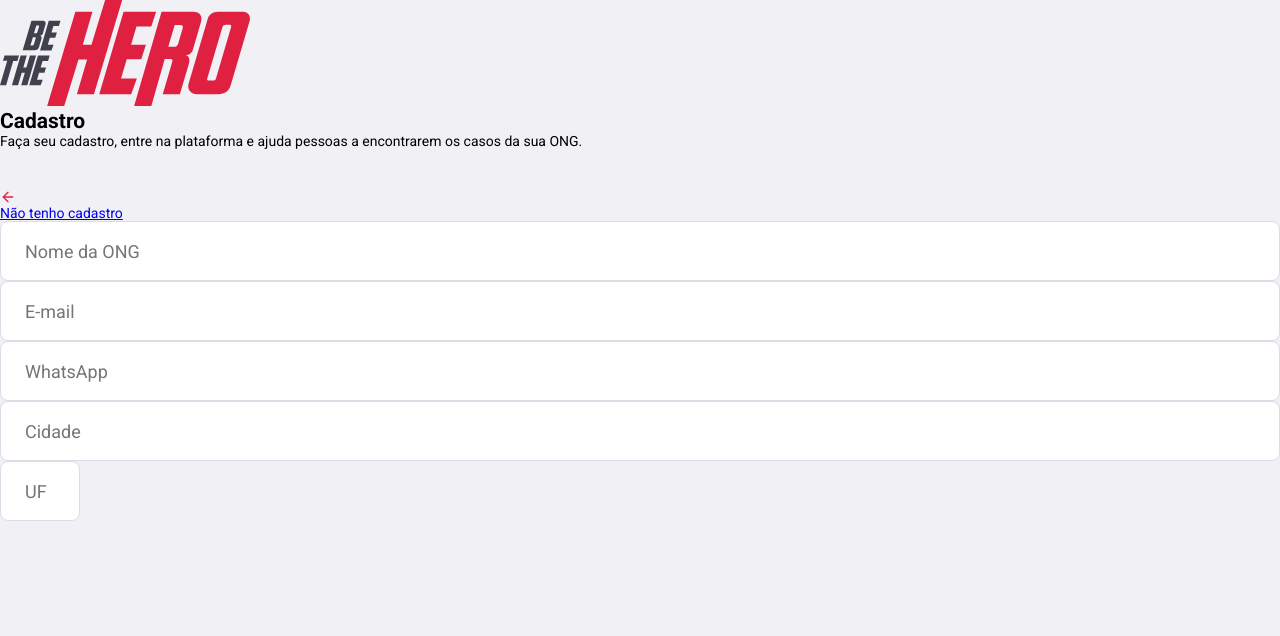
Repository: pedroevangelista/be-the-hero
Page: /register (app in frontend/)
These files come from the project's save history. The page is drawn as it stood at one moment and after the next save; the edit follows.
The browser window is 1280 px wide. The pictures show the whole page.
The project was rebuilt for these pictures with package versions that can differ from the ones it lists, and the page was loaded fresh each time. Also part of the build but not shown: frontend/src/pages/Logon/styles.css, frontend/src/pages/Logon/index.js, frontend/src/pages/Register/styles.css.

Above is the page before, as saved 2020-03-25 14:06:23.

### frontend/src/App.js
import React from 'react';
import './global.css'
import Routes from './routes';

function App() {

  return (
    <Routes />
  );
}

export default App;

### frontend/src/global.css
@import url('https://fonts.googleapis.com/css?family=Roboto:400,500,700&display=swap');

* {
    margin: 0;
    padding: 0;
    outline: 0;
    box-sizing: border-box;
}

body {
    font: 400 14px Roboto, sans-serif;
    background: #f0f0f5;
    -webkit-font-smoothing: antialiased;
}

input, button, textarea {
    font: 400 18px Roboto, sans-serif;
}

button {
    cursor: pointer
}

form input {
    width: 100%;
    height: 60px;
    color: #333;
    border: 1px solid #dcdce6;
    border-radius: 8px;
    padding: 0 24px;
}

.button {
    width: 100%;
    height: 60px;
    background: #e02041;
    border: 0;
    border-radius: 8px;
    color: #FFF;
    font-weight: 700;
    margin-top: 16px;
    display: inline-block;
    text-align: center;
    text-decoration: none;
    font-size: 18px;
    line-height: 60px;
    transition: filter 0.2s;
}

.button:hover {
    filter: brightness(90%);
}

.back-link {
    display: flex;
    align-items: center;
    margin-top: 40px;
    color: #41414d;
    font-size: 18px;
    text-decoration: none;
    font-weight: 500;
    transition: opacity 0.2s;
}

.back-link svg {
    margin-right: 8px;
}

.back-link a {
    opacity: 0.8;
}

### frontend/src/routes.js
import React from 'react';
import { BrowserRouter, Route, Switch } from 'react-router-dom';

import Logon from './pages/Logon';
import Register from './pages/Register';

export default function Routes() {
    return (
        <BrowserRouter>
            <Switch>
                <Route path="/" exact component={Logon}></Route>
                <Route path="/register" component={Register}></Route>
            </Switch>
        </BrowserRouter>
    );
}

### frontend/src/pages/Register/index.js
import React from 'react';
import { Link } from 'react-router-dom';
import { FiArrowLeft } from 'react-icons/fi';
import './styles.css'
import logoImg from '../../assets/logo.svg';

export default function Register() {
    return (
        <div className="register-container">
            <div className="content">
                <section>
                    <img src={logoImg} alt="Be The Hero" />

                    <h1>Cadastro</h1>
                    <p>Faça seu cadastro, entre na plataforma e ajuda pessoas a encontrarem os casos da sua ONG.</p>

                    <Link to="/register">
                        <FiArrowLeft className="back-link" size="16" color="#e02041" />
                        Não tenho cadastro
                    </Link>
                </section>

                <form action="">
                    <input placeholder="Nome da ONG" />
                    <input type="email" placeholder="E-mail" />
                    <input placeholder="WhatsApp" />

                    <div className="input-group">
                        <input placeholder="Cidade" />
                        <input placeholder="UF" style={ { width: 80 } } />
                    </div>
                </form>
            </div>
        </div>
    );

}

Loaded but not shown: frontend/public/index.html (common file); frontend/src/index.js (common file)

After the next save:
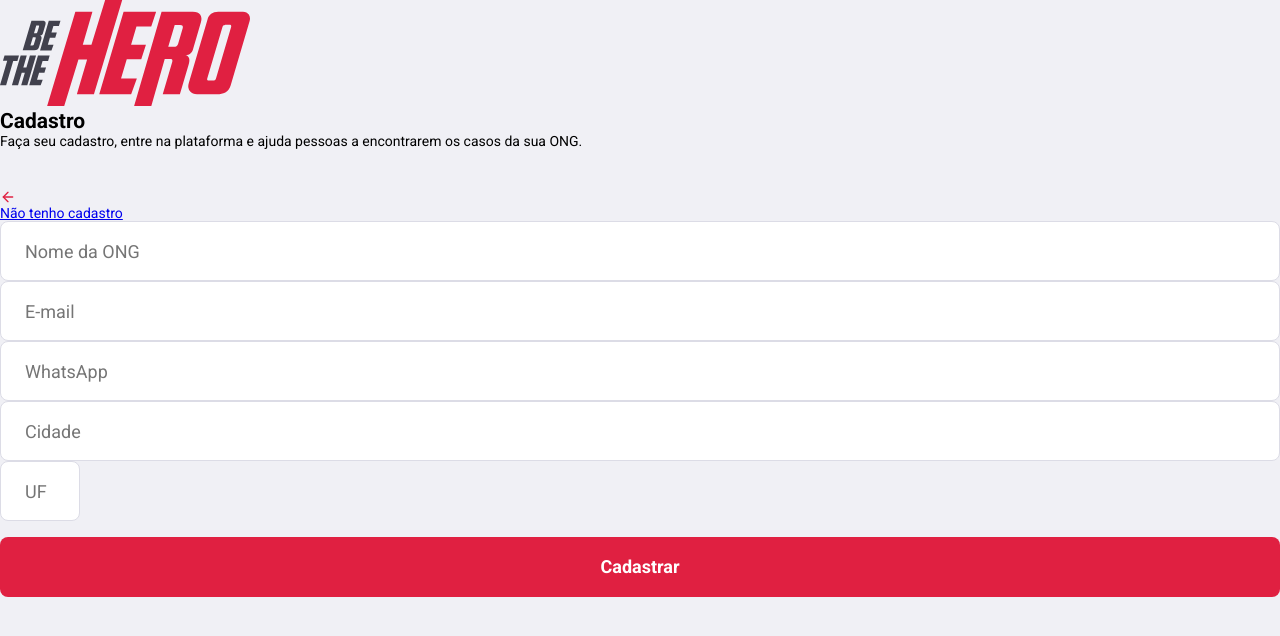
Saved 64 s later.
--- a/frontend/src/pages/Register/index.js
+++ b/frontend/src/pages/Register/index.js
@@ -29,6 +29,8 @@ export default function Register() {
                         <input placeholder="Cidade" />
                         <input placeholder="UF" style={ { width: 80 } } />
                     </div>
+
+                    <button className="button" type="submit">Cadastrar</button>
                 </form>
             </div>
         </div>
